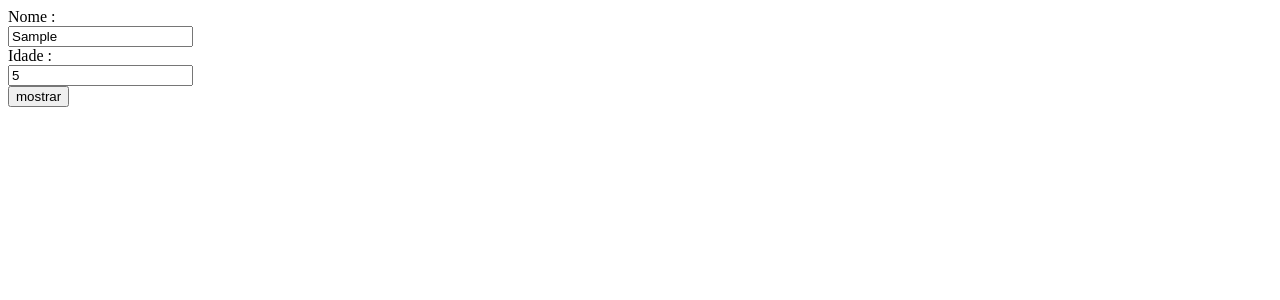
Repository: NicholasMaestrello/treinamento-impacta
Page: DesenvolvimentoJava/Modulo06/04_ConceitosJQuey/WebContent/exemplo_jquery.html
An editor plug-in stored every save of this project. The page is shown before and after the next save, followed by the edit.
The browser window is 1280 px wide. The pictures show the whole page.
Empty fields were first filled with sample values (such as "Sample", 5 or name@example.com).
After loading, the first visible `#button` was clicked once.
Some web libraries are served in a nearby version.

Above is the page before, as saved 2017-10-19 16:33:45.
Console error: ReferenceError: exibir is not defined

After the next save:
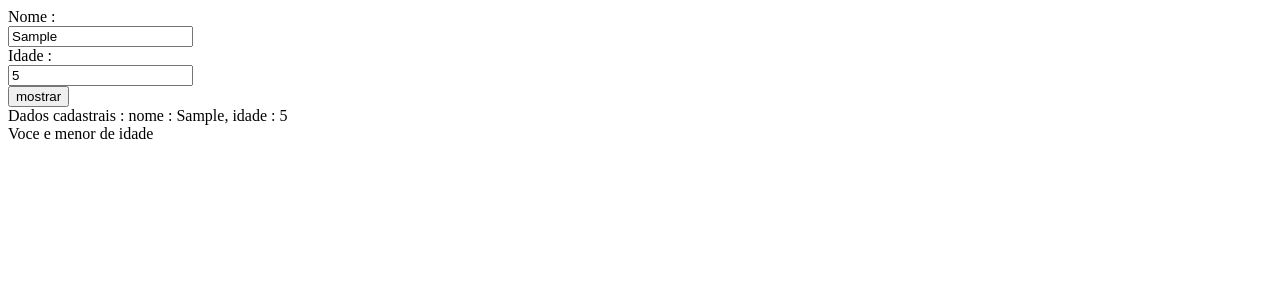
Saved 26 s later.
--- a/DesenvolvimentoJava/Modulo06/04_ConceitosJQuey/WebContent/exemplo_jquery01.js
+++ b/DesenvolvimentoJava/Modulo06/04_ConceitosJQuey/WebContent/exemplo_jquery01.js
@@ -5,6 +5,6 @@ $(document).ready(function(){
 		let result =  `Dados cadastrais : nome : ${nome}, idade : ${idade}`
 		if(idade < 18) result += "<br/> Voce e menor de idade"
 		else result += "<br/> Voce e maior de idade"
-		$("#resultado").html(result)
+		$("#mensagem").html(result)
 	})
 })
